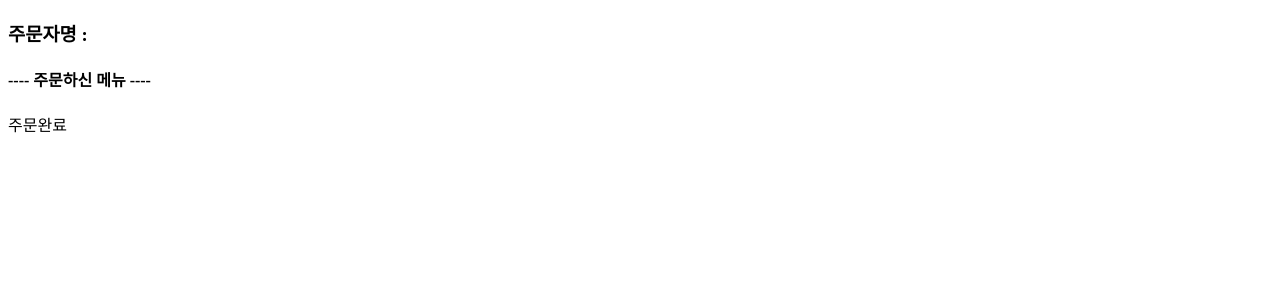
Repository: saeeeem2/2023JSTL
Page: http://localhost/jstl_study/step-6.jsp
The author's editor kept a copy of each file at every save. The page is drawn from the files as they stood at one save, then again after the next save.
The browser window is 1280 px wide. The pictures show the whole page.
The page is served by Tomcat 9. Other server files are loaded and not shown.

Above is the page before, as saved 2023-11-23 01:09:57.

### jstl_study/src/main/webapp/step-6.jsp
<%@ page language="java" contentType="text/html; charset=UTF-8"
    pageEncoding="UTF-8"%>
    <%@ taglib uri="http://java.sun.com/jsp/jstl/core" prefix="c" %>
    <%
    //post방식의 한글 처리 (post방식의 경우 반드시 인코딩을 해줘야 한글이 꺠지지 않음)
    request.setCharacterEncoding("utf-8");
    %>
<!DOCTYPE html>
<html>
<head>
<meta charset="UTF-8">
<title>Insert title here</title>
</head>
<body>
	<h3> 주문자명 : ${param.name }<br> </h3>
	<h4> ---- 주문하신 메뉴 ---- </h4>
	<c:forEach items="${paramValues.menu }" var="menus" varStatus="st">
		메뉴 ${st.count } : ${menus }<br>
	</c:forEach>
	주문완료<br>

</body>
</html>

After the next save:
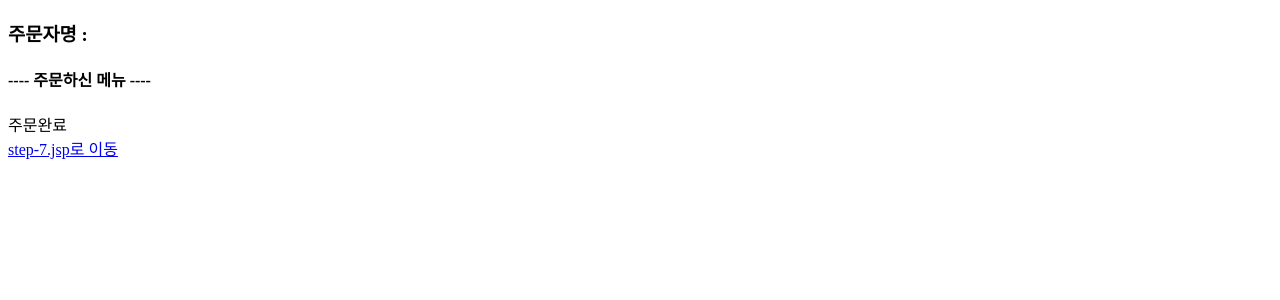
Saved 5 min 31 s later.
--- a/jstl_study/src/main/webapp/step-6.jsp
+++ b/jstl_study/src/main/webapp/step-6.jsp
@@ -19,5 +19,7 @@
 	</c:forEach>
 	주문완료<br>
 
+	<a href="step-7.jsp]">step-7.jsp로 이동</a>
+
 </body>
 </html>
